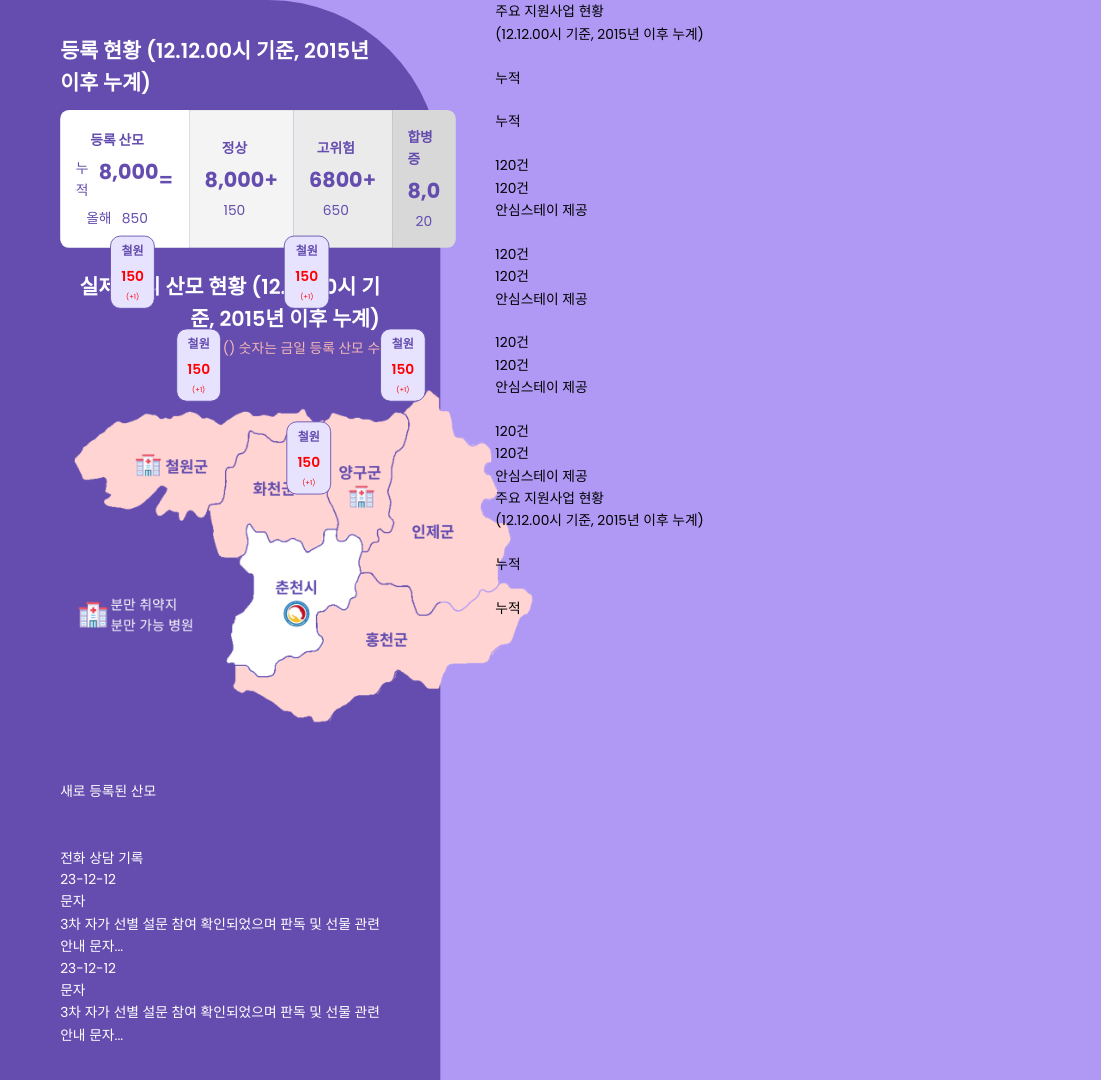
Repository: giapchicuong/Perganancy_Web
Page: index.html
An editor plug-in stored every save of this project. The page is shown before and after the next save, followed by the edit.
The browser window is 1280 px wide. The pictures show the whole page, at 86% of full size.

Above is the page before, as saved 2024-03-06 18:19:57.

After the next save:
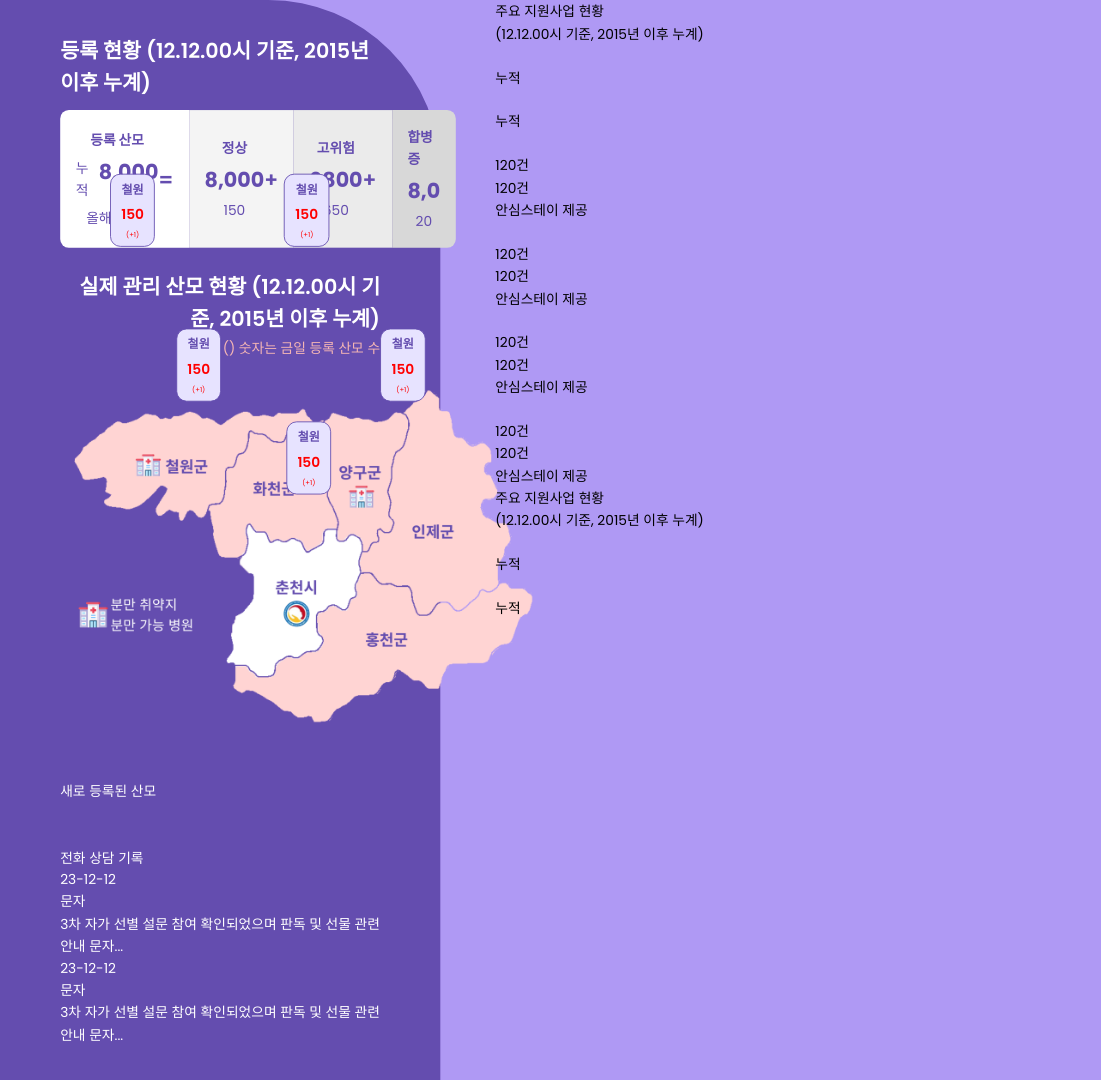
Saved 2 min 16 s later.
--- a/assets/style.css
+++ b/assets/style.css
@@ -125,7 +125,7 @@
     position: absolute;
 }
 .advertising-left__map-item-list-top {
-    top: 38%;
+    top: 28%;
     left: 10%;
 }
 .advertising-left__map-item-list-center{
